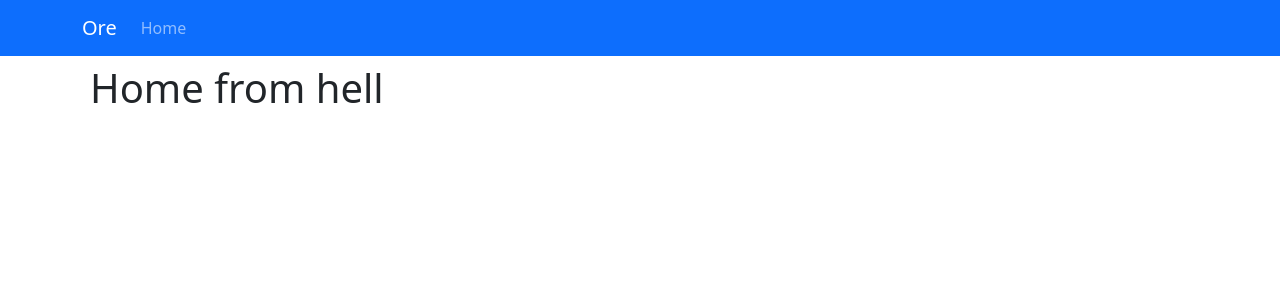
Repository: thf4/React-Front
Page: /
An editor plug-in stored every save of this project. The page is shown before and after the next save, followed by the edit.
The browser window is 1280 px wide. The pictures show the whole page.
The project was rebuilt for these pictures with package versions that can differ from the ones it lists, and the page was loaded fresh each time. Also part of the build but not shown: src/pages/Vizualizar/index.js, src/pages/Cadastrar/index.js, src/pages/Editar/index.js.

Above is the page before, as saved 2021-05-07 09:11:48.

### src/App.js
import React from "react";
import { BrowserRouter as Router, Switch, Route } from "react-router-dom";
import { Home } from "./pages/Home/";
import { View } from "./pages/Vizualizar/";
import { Cadastrar } from "./pages/Cadastrar/";
import { Editar } from "./pages/Editar/";
import { Menu } from "./components/Menu";
import 'bootstrap/dist/css/bootstrap.min.css';
function App() {
  return (
    <div>
      <Menu />
      <Router>
        <Switch>
          <Route exact path="/" component={Home} />
          <Route path="/view" component={View} />
          <Route path="/cadastrar" component={Cadastrar} />
          <Route path="/editar" component={Editar} />
        </Switch>
      </Router>
    </div>
  );
}

export default App;

### src/pages/Home/index.js
import React from "react";
import { Container } from "reactstrap";
export const Home = () => {
  return (
    <div>
      <Container>
        <div className="d-flex">
          <div className="mr-auto p-2">
            <h1> Home from hell </h1>
          </div>
        </div>
      </Container>
    </div>
  );
};

### src/components/Menu.js
import React, { useState } from "react";
import {
  Collapse,
  Navbar,
  NavbarToggler,
  NavbarBrand,
  Nav,
  NavItem,
  NavLink,
  Container,
} from "reactstrap";
export const Menu = (props) => {
  const [isOpen, setIsOpen] = useState(false);
  const toggle = () => setIsOpen(!isOpen);

  return (
    <div>
      <Navbar color="primary" dark expand="md">
        <Container>
        <NavbarBrand href="/">Ore</NavbarBrand>
        <NavbarToggler onClick={toggle} />
        <Collapse isOpen={isOpen} navbar>
          <Nav className="mr-auto" navbar>
            <NavItem>
              <NavLink href="/">Home</NavLink>
            </NavItem>
          </Nav>
        </Collapse>
        </Container>
      </Navbar>
    </div>
  );
};

Loaded but not shown: public/index.html (common file); src/index.js (common file); src/index.css (common file); src/reportWebVitals.js (common file)

After the next save:
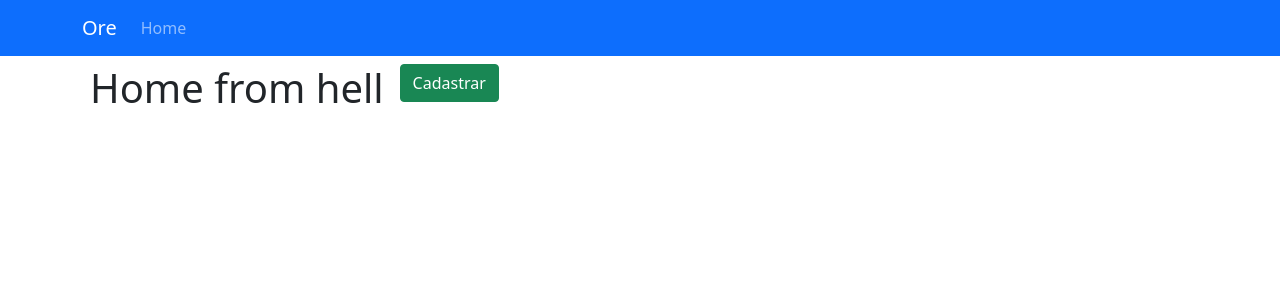
Saved 62 s later.
--- a/src/pages/Home/index.js
+++ b/src/pages/Home/index.js
@@ -8,6 +8,9 @@ export const Home = () => {
           <div className="mr-auto p-2">
             <h1> Home from hell </h1>
           </div>
+          <div className="p-2">
+            <a href="/cadastrar" className="btn btn-success">Cadastrar</a>
+          </div>
         </div>
       </Container>
     </div>
